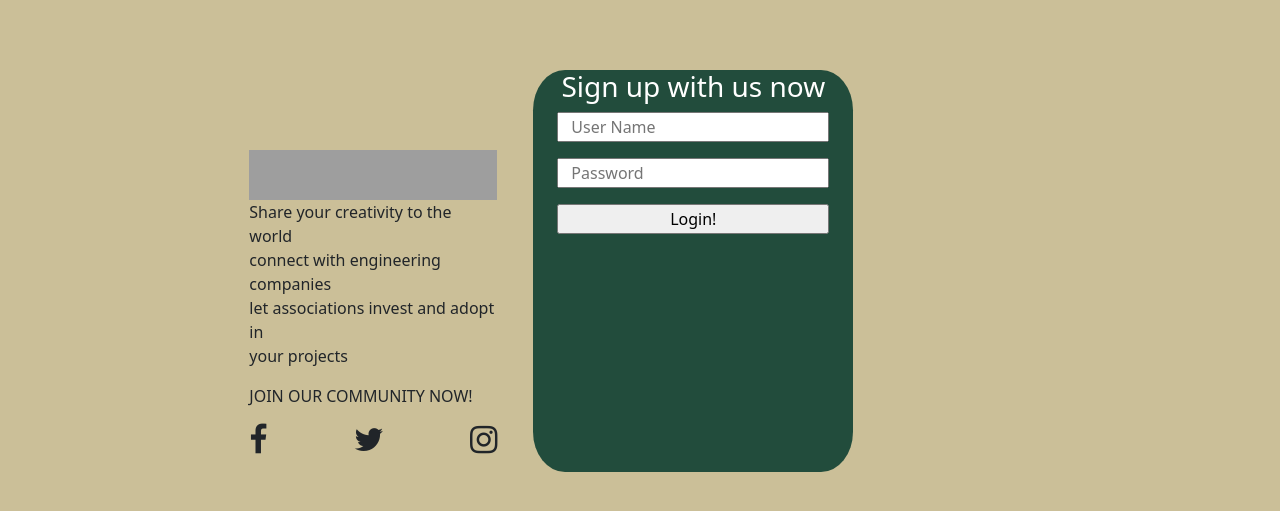
Repository: ahmadjamal-1997/Project-Taqadam
Page: http://localhost/Taqadam/WEB-INF/login.jsp
The author's editor kept a copy of each file at every save. The page is drawn from the files as they stood at one save, then again after the next save.
The browser window is 1280 px wide. The pictures show the whole page.
Pictures or frames that could not be fetched are drawn as grey boxes. The page is served by Tomcat 9. Nobody is signed in. The template is opened directly, without the code that normally fills it, so the values that code supplies are empty.

Above is the page before, as saved 2022-03-31 10:26:15.

After the next save:
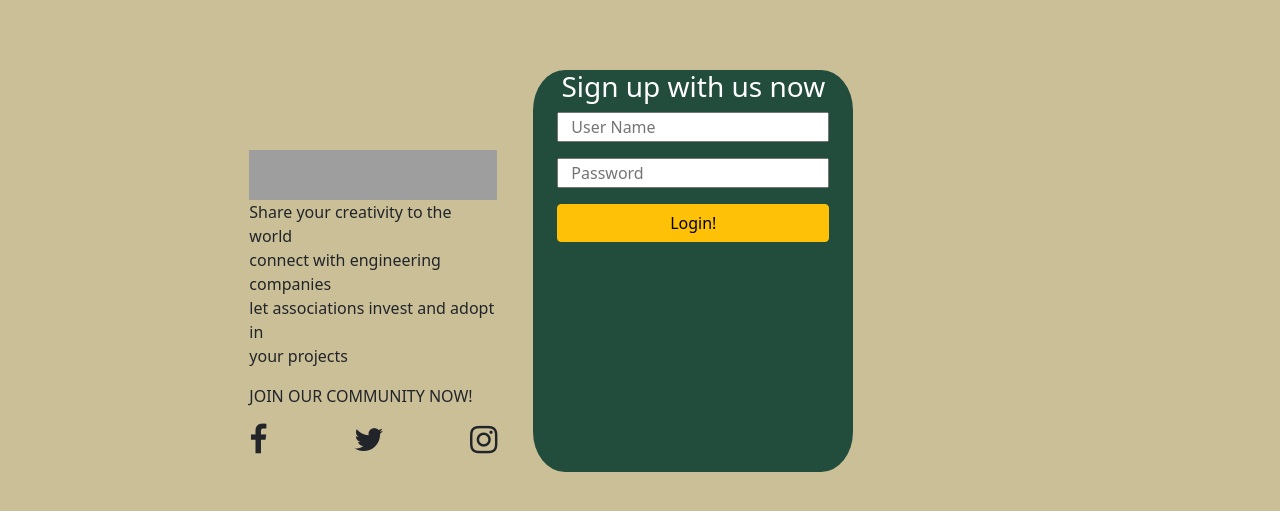
Saved 31 s later.
--- a/Taqadam-new/Taqadam-java/Taqadam-new/Taqadam/src/main/webapp/WEB-INF/login.jsp
+++ b/Taqadam-new/Taqadam-java/Taqadam-new/Taqadam/src/main/webapp/WEB-INF/login.jsp
@@ -63,7 +63,7 @@
             </div>
             <div class="row mb-3">
        		 <input type="hidden" name="${_csrf.parameterName}" value="${_csrf.token}"/>
-       		 <input type="submit" value="Login!"/>
+       		 <input type="submit" class="btn btn-warning" value="Login!"/>
        		 </div>
     			</form>
                     </div>
